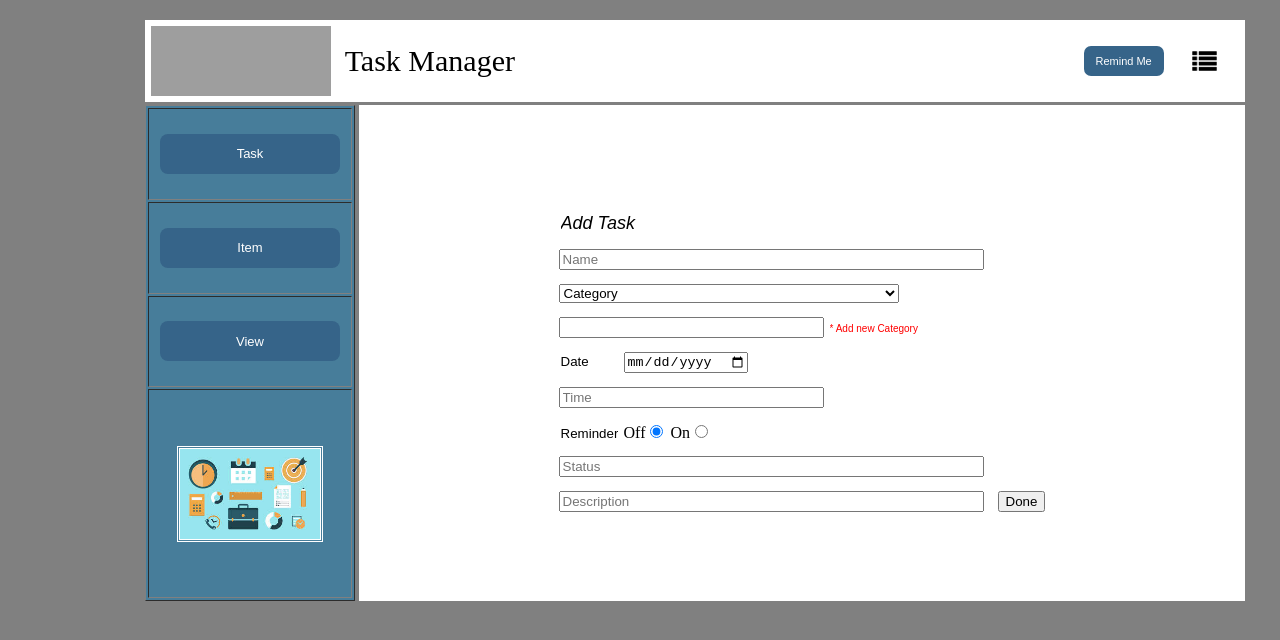
Repository: SnehaSalvi/TaskManagerProject
Page: http://localhost/TaskManagerChecklist/AddTask.jsp
These files come from the project's save history. The page is drawn as it stood at one moment and after the next save; the edit follows.
The browser window is 1280 px wide. The pictures show the whole page.
Pictures or frames that could not be fetched are drawn as grey boxes. The page is served by Tomcat 9. Other server files are loaded and not shown.

Above is the page before, as saved 2016-10-14 09:08:33.

### TaskManagerChecklist/WebContent/AddTask.jsp
<%@ page language="java" contentType="text/html; charset=ISO-8859-1"
    pageEncoding="ISO-8859-1"%>
<!DOCTYPE html PUBLIC "-//W3C//DTD HTML 4.01 Transitional//EN" "http://www.w3.org/TR/html4/loose.dtd">
<html>
<head>
<meta http-equiv="Content-Type" content="text/html; charset=ISO-8859-1">
<title>Insert title here</title>
<link href="home.css" type="text/css" rel="stylesheet"/>

</head>
<body>
<form>
	<table id="table1">
		<tr>
			<td id="td1">
				<img id="banner" src="images/banner.jpg"/>
			</td>
			<td id="td_blank">
			</td>
			<td id="td2">
				Task Manager
			</td>
			<td id="td3" align="center">
				<input type="button" name="remind" id="button1" value="Remind Me"/>
			</td>
			<td id="td4" align="center">
				<img id="list" src="images/list.png"/>
			</td>
		</tr>
	</table>
	<table></table>
	<table>
		<tr>
			<td>
				<table id="table2" border="1">
					<tr>
						<td id="#td5" align="center">
							<input type="button" name="task" id="button2" value="Task"/>
						</td>
					</tr>
					<tr>
						<td align="center">
							<input type="button" name="item" id="button2" value="Item"/>
						</td>
					</tr>
					<tr>
						<td align="center">
							<input type="button" name="view" id="button2" value="View"/>
						</td>
					</tr>
					<tr>
						<td rowspan="7" align="center">
							<img id="img1" src="images/menu.jpg"/>
						</td>
					</tr>
				</table>
			</td>
			<td>
				<table id="table3">
					<tr>
						<td id="#td6">&nbsp;&nbsp;&nbsp;&nbsp;
							<table align="center" cellspacing="6" cellpadding="4">
								<tr>
									<td colspan="2">
										<input type="label" id="font1" name="label" value="Add Task" required="required"/>
									</td>
								</tr>
								<tr>
									<td colspan="2">
										<input type="text" name="taskname" placeholder="Name" size="50" required="required"/>
									</td>
								</tr>
								<tr>
									<td colspan="2">
										<select id="select1" name="categoryname" placeholder="Category" value="Category" required="required">
											<optgroup label="Personal">
												<option value="" disabled selected hidden>Category</option>
												<option>Shopping</option>
												<option>Exercise</option>
											</optgroup>
											<optgroup label="Professional">
												<option>Meeting</option>
												<option>Project Work</option>
											</optgroup>
										</select>
									</td>
								</tr>
								<tr>
									<td colspan="2">
										<input type="text" name="categoryname" size="30" required="required"/>
										<input type="label" id="label1" name="newcategory" value="* Add new Category" required="required"/>
									</td>
								</tr>
								<tr>
									<td colspan="2">
										<input type="label" id="label2" name="newdate" value="Date" size="5" required="required"/>
										<input type="date" name="date">
									</td>
								</tr>
								<tr>
									<td colspan="2">
										<input type="text" name="time" placeholder="Time" size="30" required="required"/>
									</td>
								</tr>
								<tr>
									<td colspan="2">
										<input id="label2" type="label" value="Reminder" size="5" required="required"/>
										Off<input type="radio" name="reminder" checked/>
										On<input type="radio" name="reminder"/>
									</td>
								</tr>
								<tr>
									<td colspan="2">
										<input type="text" name="status" placeholder="Status" size="50" required="required"/>
									</td>
								</tr>
								<tr>
									<td>
										<input type="text" name="description" placeholder="Description" size="50" required="required"/>
									</td>
									<td>
										<input type="submit" value="Done"/>
									</td>
								</tr>
							</table>
						</td>
					</tr>
				</table>
			</td>
		</tr>
	</table>
</form>
<!--<form action="Hello">
Name:<input type="text" name="user"/>
<input type="submit" value="go"/>
</form>-->
</body>
</html>

### TaskManagerChecklist/WebContent/home.css
body
{
	background-position: center;
	background-color:gray;
	margin-left: 140px;
	margin-top: 20px;
	margin-right: 120px;
	margin-bottom: 20px;
	background-repeat: no-repeat;
}
#table1
{
	margin-left:5px;
	background-color:white;
	background-position: center;
	height: 76px;
	width:1100px;

}
#table2
{
	margin-left:2px;
	background-color:#477d9a;
	background-position: center;
	height: 496px;
	width:210px;


}
#table3
{
	background-color:white;
	background-position: center;
	height: 496px;
	width:886px;

}
#table4
{

	background-position: center;
	height: 497px;
	width:1100px;
}
#table5
{
	width:200px;
}
img
{
	border-style:double;
	border-color: white;
}
tr
{

}
#div1
{
	width: 600px;
	height: 400px;
}
#td1
{
	width:185px;
	height:75px;
	background-color:
}
#td2
{
	width:735px;
	height:75px;
	font-family: serif;
	font-size: 30px;
	font-style: inherit;

}
#td3
{
	width:80px;
	height:75px;
}
#td4
{
	width:30x;
	height:75px;
}
#td_blank
{
	width:100x;
	height:75px;
}

#td6
{
	width:1050x;
	height:495px;


}
#banner
{

	width: 180px;
	height: 70px;
}
#list
{

	width: 25px;
	height: 20px;
}
#select1
{
	width:340px;
}
#img1
{

	width: 140px;
	height: 90px;
}
#button1
{
    height: 30px;
    width: 80px;
    border-radius: 7px;
    border: 1px solid #000;
    font-family: sans-serif;
    background-color:#366489;
    color:white;
    font-size: 11px;
    border: 0;
}
#button2
{
    height: 40px;
    width: 180px;
    border-radius: 8px;
    border: 1px solid #000;
    font-family:sans-serif;
    font-size: 13px;
   background-color:#366489;
   color:white;
    border: 0;
}
#label1
{
	color:red;
	font-size: 10px;
	border: none;
}
#font1
{

	font-style:italic;

	font-size: 18px;
	border: none;


}
#label2
{
	border: none;
	font-size: 5;
}
#div3
{
	width: 510px;
	height: 350px;
}

After the next save:
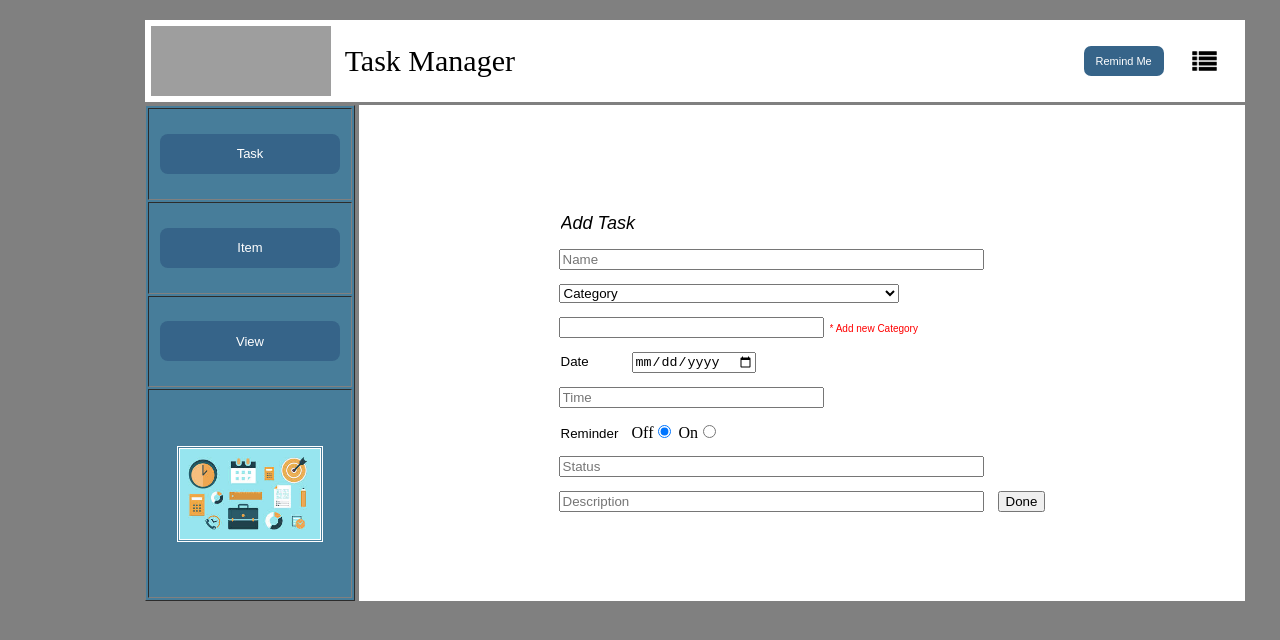
Saved 1 s later.
--- a/TaskManagerChecklist/WebContent/AddTask.jsp
+++ b/TaskManagerChecklist/WebContent/AddTask.jsp
@@ -93,7 +93,7 @@
 								</tr>
 								<tr>
 									<td colspan="2">
-										<input type="label" id="label2" name="newdate" value="Date" size="5" required="required"/>
+										<input type="label" id="label2" name="newdate" value="Date" size="6" required="required"/>
 										<input type="date" name="date">
 									</td>
 								</tr>
@@ -104,7 +104,7 @@
 								</tr>
 								<tr>
 									<td colspan="2">
-										<input id="label2" type="label" value="Reminder" size="5" required="required"/>
+										<input id="label2" type="label" value="Reminder" size="6" required="required"/>
 										Off<input type="radio" name="reminder" checked/>
 										On<input type="radio" name="reminder"/>
 									</td>
